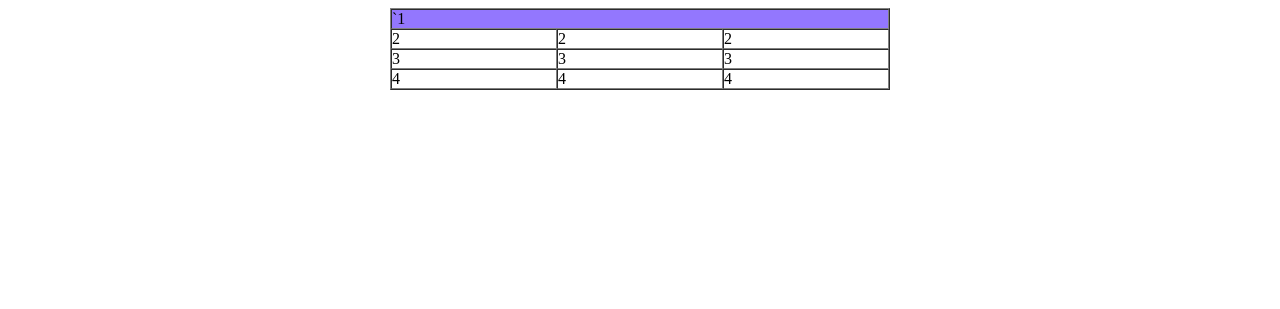
Repository: l897284707/0913
Page: page06表格做QQ.html
These files come from the project's save history. The page is drawn as it stood at one moment and after the next save; the edit follows.
The browser window is 1280 px wide. The pictures show the whole page.

Above is the page before, as saved 2022-09-13 18:00:18.

After the next save:
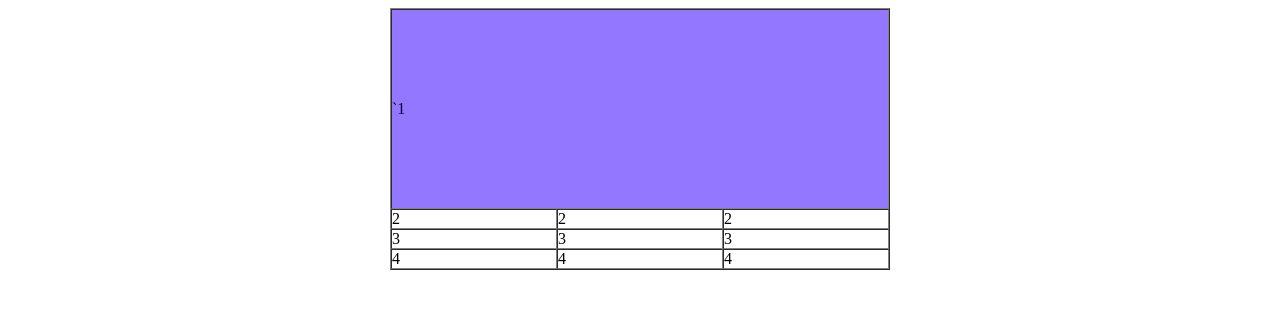
Saved 17 s later.
--- a/page06表格做QQ.html
+++ b/page06表格做QQ.html
@@ -10,7 +10,7 @@
 
 <body>
     <table border="1" cellspacing="0" cellpadding="0" align="center" width="500">
-        <tr style="background-color:#9377fe ;">
+        <tr style="background-color:#9377fe ; height: 200px;">
             <td colspan="3">
                 `1
             </td>
